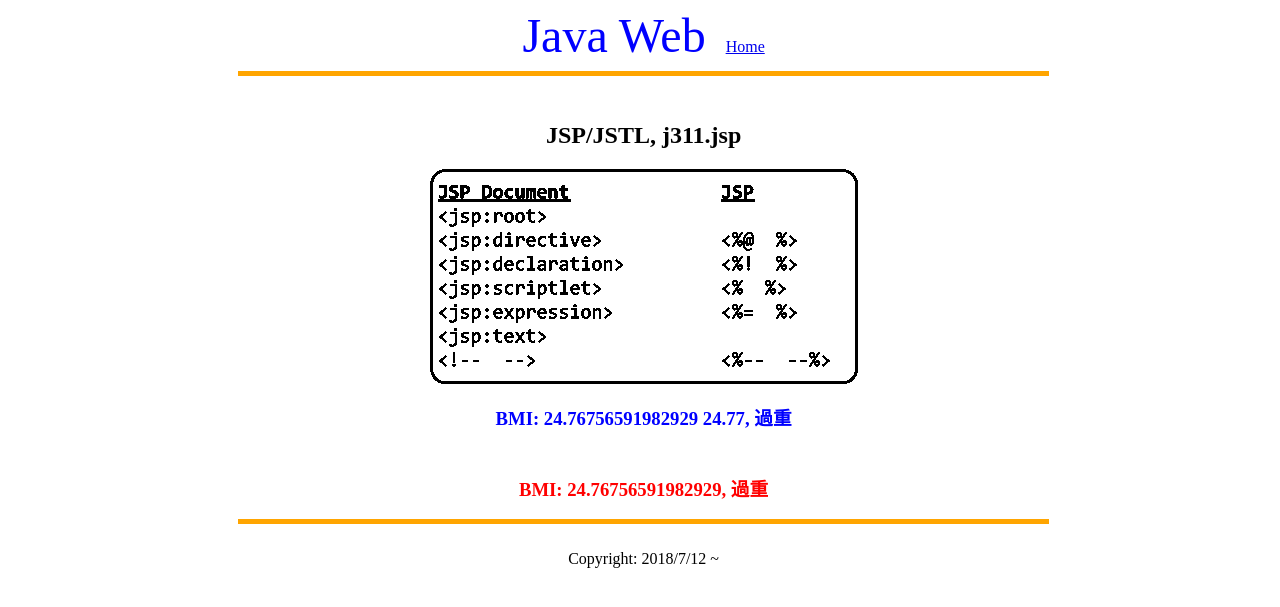
Repository: anxhuang/Java_Web
Page: http://localhost/code/j311.jsp
An editor plug-in stored every save of this project. The page is shown before and after the next save, followed by the edit.
The browser window is 1280 px wide. The pictures show the whole page.
The page is served by Tomcat 9.

Above is the page before, as saved 2018-07-24 12:41:00.

After the next save:
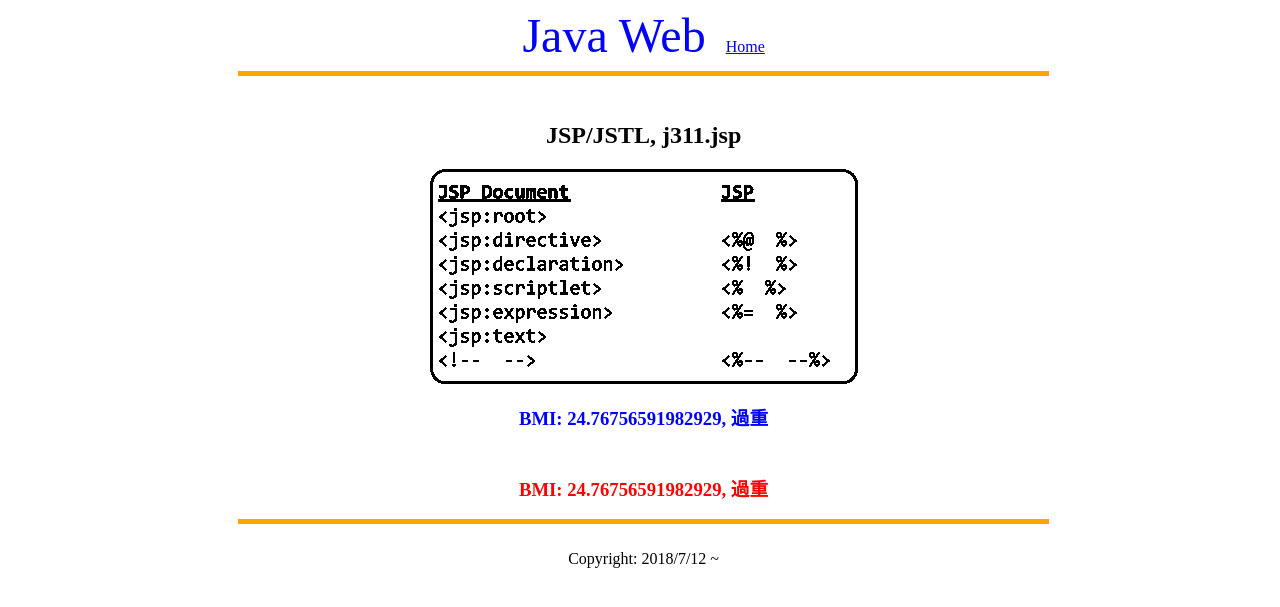
Saved 2 min 5 s later.
--- a/code/WebContent/j311.jsp
+++ b/code/WebContent/j311.jsp
@@ -23,16 +23,13 @@
 		<c:set var="bmi" scope="session" value="${w/h/h }" />
 		BMI:
 		<c:if test="${bmi >= 18 && bmi <=24 }">
-			<c:out value="${bmi }"></c:out>
-			<fmt:formatNumber value="${bmi }" maxFractionDigits="2" type="number"></fmt:formatNumber>, 標準 <br>
+			<c:out value="${bmi }"></c:out>, 標準 <br>
 		</c:if>
 		<c:if test="${bmi > 24 }">
-			<c:out value="${bmi }"></c:out>
-			<fmt:formatNumber value="${bmi }" maxFractionDigits="2" type="number"></fmt:formatNumber>, 過重 <br>
+			<c:out value="${bmi }"></c:out>, 過重 <br>
 		</c:if><br>
 		<c:if test="${bmi < 18 }">
-			<c:out value="${bmi }"></c:out>
-			<fmt:formatNumber value="${bmi }" maxFractionDigits="2" type="number"></fmt:formatNumber>, 過輕 <br>
+			<c:out value="${bmi }"></c:out>, 過輕 <br>
 		</c:if><br></font><font color="red">
 
 		BMI:
